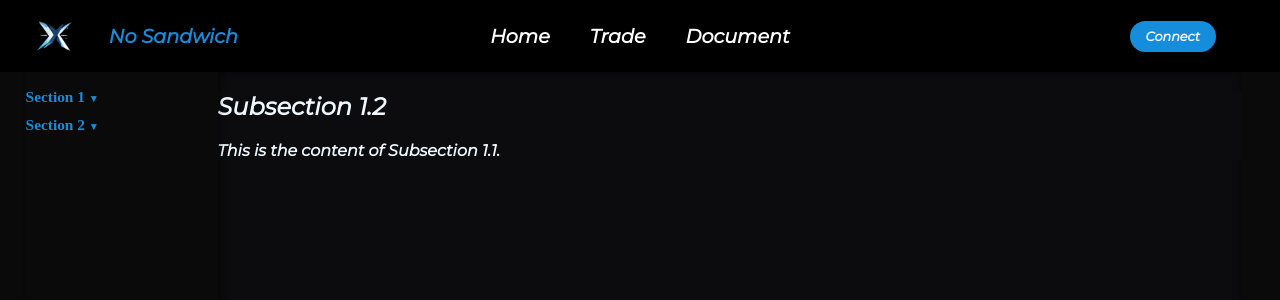
Repository: TreapGoGo/hackathon-2024-10-13
Page: /document/section/1/2 (app in Web/NoSandwichSwapPair_Web/)
These files come from the project's save history. The page is drawn as it stood at one moment and after the next save; the edit follows.
The browser window is 1280 px wide. The pictures show the whole page.
An inner scrolling area shows only its first screen. The project was rebuilt for these pictures with package versions that can differ from the ones it lists, and the page was loaded fresh each time. Also part of the build but not shown: Web/NoSandwichSwapPair_Web/vite.config.js, Web/NoSandwichSwapPair_Web/src/components/documents/Subsection1_1.vue, Web/NoSandwichSwapPair_Web/src/components/documents/Subsection2_1.vue, Web/NoSandwichSwapPair_Web/src/components/documents/Subsection2_2.vue.

Above is the page before, as saved 2024-10-17 22:42:15.

After the next save:
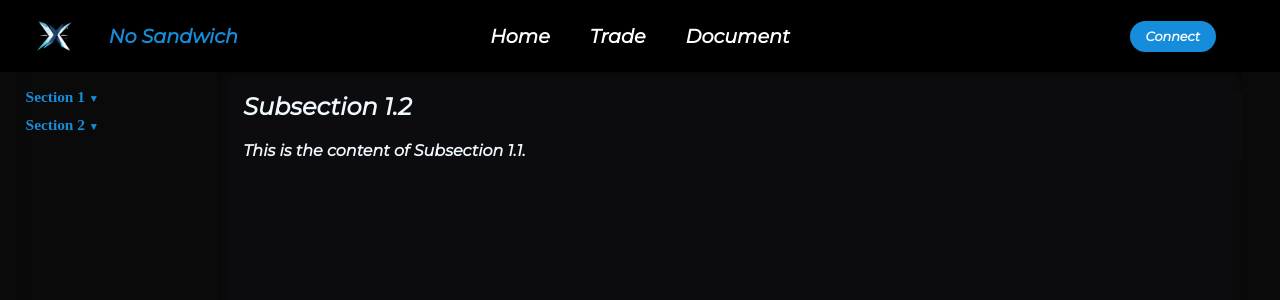
Saved 9 s later.
--- a/Web/NoSandwichSwapPair_Web/src/components/documents/Subsection1_2.vue
+++ b/Web/NoSandwichSwapPair_Web/src/components/documents/Subsection1_2.vue
@@ -16,5 +16,6 @@
       color: aliceblue;
       z-index: 1000;
       background-color: #0c0c0e;
+      margin-left: 2vw;
     }
   </style>
